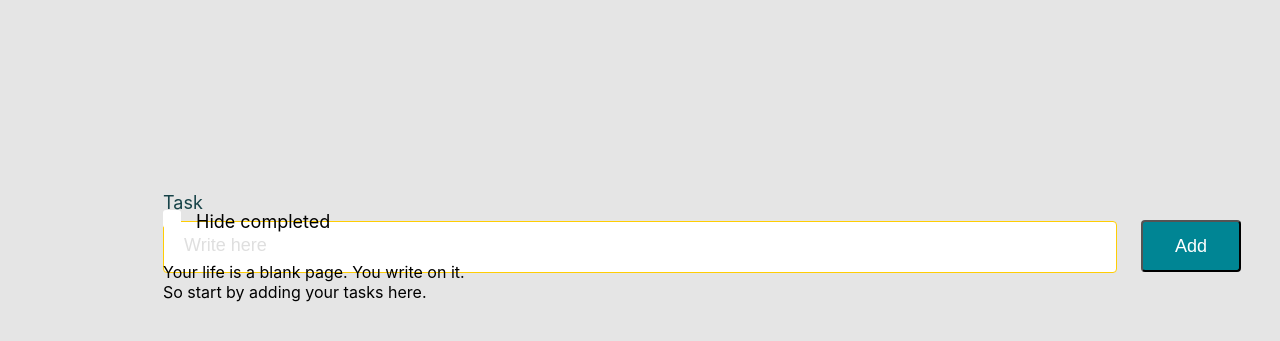
Repository: ArusyakAghajanyan/ToDoMamble
Page: /
An editor plug-in stored every save of this project. The page is shown before and after the next save, followed by the edit.
The browser window is 1280 px wide. The pictures show the whole page.
The project was rebuilt for these pictures with package versions that can differ from the ones it lists, and the page was loaded fresh each time. Also part of the build but not shown: src/components/toDoItem.css, src/components/ToDoItem.jsx, src/components/confirm.css, src/components/Confirm.jsx.

Above is the page before, as saved 2022-05-25 13:06:39.

### public/index.html
<!DOCTYPE html>
<html lang="en">
  <head>
    <meta charset="utf-8" />
    <link rel="icon" href="%PUBLIC_URL%/favicon.ico" />
    <link rel="icon" href="https://cdnjs.cloudflare.com/ajax/libs/font-awesome/6.1.1/css/all.min.css" />
    <meta name="viewport" content="width=device-width, initial-scale=1" />
    <meta name="theme-color" content="#000000" />
    <meta
      name="description"
      content="Web site created using create-react-app"
    />
    <link rel="apple-touch-icon" href="%PUBLIC_URL%/logo192.png" />
    <!--
      manifest.json provides metadata used when your web app is installed on a
      user's mobile device or desktop. See https://developers.google.com/web/fundamentals/web-app-manifest/
    -->
    <link rel="manifest" href="%PUBLIC_URL%/manifest.json" />
    <!--
      Notice the use of %PUBLIC_URL% in the tags above.
      It will be replaced with the URL of the `public` folder during the build.
      Only files inside the `public` folder can be referenced from the HTML.

      Unlike "/favicon.ico" or "favicon.ico", "%PUBLIC_URL%/favicon.ico" will
      work correctly both with client-side routing and a non-root public URL.
      Learn how to configure a non-root public URL by running `npm run build`.
    -->
    <title>React App</title>
  </head>
  <body>
    <noscript>You need to enable JavaScript to run this app.</noscript>
    <div id="root"></div>
    <!--
      This HTML file is a template.
      If you open it directly in the browser, you will see an empty page.

      You can add webfonts, meta tags, or analytics to this file.
      The build step will place the bundled scripts into the <body> tag.

      To begin the development, run `npm start` or `yarn start`.
      To create a production bundle, use `npm run build` or `yarn build`.
    -->
  </body>
</html>

### src/index.css
body {

    /* min-width: 230px; */
    max-width: 1440px;


  margin: 0;
  font-family: -apple-system, BlinkMacSystemFont, 'Segoe UI', 'Roboto', 'Oxygen',
    'Ubuntu', 'Cantarell', 'Fira Sans', 'Droid Sans', 'Helvetica Neue',
    sans-serif;
  -webkit-font-smoothing: antialiased;
  -moz-osx-font-smoothing: grayscale;
}

code {
  font-family: source-code-pro, Menlo, Monaco, Consolas, 'Courier New',
    monospace;
}

### src/App.js

import './App.css';
import AddItem from './components/AddItem';
import ToDoList from './components/ToDoList';
import Confirm from './components/Confirm';
import {useState,useEffect} from 'react'


function App() {
  const [todo, setTodo]=useState([]);
  const [filteredTodo,setFilteredTodo]=useState([]);
  const [modal, setModal] = useState(false);
const [confirmStatus, setConfirmStatus] = useState(false);
  const [deleteItem, setDeletItem] = useState({});

  function modalStatus(status, item){
    console.log(status, item);
    setModal(status);
    setDeletItem(item);

  }
  function confirmDelete(status){
    console.log("deletestatus=", status);
    if(status === "no") {
      setConfirmStatus(false);
      setModal(false);
    }else if (status === "yes"){
      setConfirmStatus(true);
      setModal(false)
    }
  }
  function filter(check){
    if(check){
      setFilteredTodo(todo.filter(td => td.isCompleted))
    }else{
      setFilteredTodo([]);
    }
  }

  useEffect(()=>{
    console.log("confirmStatus=", confirmStatus);
    if(confirmStatus){
      setTodo(todo.filter(value => value.id !== deleteItem.id));
      setDeletItem({});
    }
    setConfirmStatus(false);
      console.log(modal);

  },[confirmStatus])

useEffect(() => {
  let todos;
  let storageData = localStorage.getItem("todos");
  if(storageData !== "undefined"){
    todos = JSON.parse(storageData);
  }
  if(todos) setTodo(todos);
}, [])

useEffect(() => {
 if(todo.length > 0) localStorage.setItem("todos",JSON.stringify(todo))
 if(todo.length == 0) localStorage.clear();
}, [todo])

  return (
    <div className="App">
    <div className="checkContainer">
  <div className="filterDiv">
    <input id="filter" type="checkbox" onChange={(e)=>{
      filter(e.target.checked)
      }} />

      <label htmlFor="filter" className="chkbox">
      Hide completed
      </label>
      </div>
      <div className="addContainer">
        <AddItem onAdd={(text)=>{
        setTodo([{
          id:Math.random(),
          text:text,
          isCompleted:false
        },...todo])
      }}/>


      <ToDoList
      todo={filteredTodo.length > 0 ? todo.filter(td => !td.isCompleted):todo}
      modalStatus={modalStatus}
      onChange={(newItem)=>{
      setTodo(todo.map(td=>{
        if(td.id==newItem.id){
          return newItem
        }
        return td
      }))
      }}
      />
       { modal && <Confirm confirmDelete={confirmDelete} modalStatus={modalStatus}/>}
    </div>
    </div>
    </div>
  );
}

export default App;

### src/App.css
*{
  margin: 0;
  padding: 0;
  box-sizing: border-box;
}


.App {
  display: flex;
  align-items: center;
  justify-content: center;
  position: relative;
  margin: 256px 0 40px 0;

}

.chkbox{
  padding-left: 15px;
  font-size: 18px;


}

.checkContainer{
  position: absolute;
display: flex;
flex-direction: column;


}
/* .checkmark{
  background-color: #E5E5E5;
} */

.filterDiv{

  position: absolute;
justify-content: flex-end;
float: right;

}
input[type="checkbox"]{
  appearance: none;
  -webkit-appearance: none;
  height: 18px;
  width: 18px;
  background-color: #FFFFFF;
  border-radius: 3px;
  cursor: pointer;


  outline: none;

}
input[type="checkbox"]::after{
  font-family: "Font Awesome 6.1.1 Free";
 font-weight: 900;
  content: "\f00c";
  font-size: 18px;
  color: white;
  display: none;
}
input[type="checkbox"]:checked{
background-color: #008594;
}
input[type="checkbox"]:checked:after{
  display: block;
  }

### src/components/AddItem.jsx
import {React, useState, useEffect, useRef} from 'react'
import './addItem.css'

export default function AddItem({onAdd}) {
    const [text, setText] = useState("");
    const[errorMes,setErrorMes] = useState("");
    const inputText = useRef(0);
    let validText = "";
    useEffect(() => {
        inputText.current.addEventListener("keyup",(e)=>{
            let id=setTimeout(()=>{
            validText = e.target.value;
            if(validText.length >= 54 ){
             setErrorMes("Task content can contain max 54 characters.")
            } else {
                setErrorMes("");
                setText(validText);
            }
            },1000);
            return () => clearTimeout(id)
        })
    }, [text])

    return (

      <form
      className="formTask"
      onSubmit={(e)=>{
          e.preventDefault();
          if(errorMes==="" && text !=="") onAdd(text);
          if(errorMes==="") setText("");
      }}>
      <div id="formDiv">
       <div className="inputDiv">
            <label className="taskLabel" htmlFor="inputText"> Task
            </label>
            <input
            id="inputText"
            type="text"
            style={errorMes ? {borderColor: 'red'} : {borderColor:'#FFCD04'}}
            ref= {inputText}
             value={text}
             placeholder="Write here"
            onChange={(e)=>{
            setText(e.target.value)
            }}/>
            <p>{errorMes}</p>
            </div>
        <div className="formBut">
            <button className="addbut">Add</button>
                   </div>
            </div>
         </form>

    )
}

### src/components/ToDoList.jsx
import React from 'react';
import ToDoItem from './ToDoItem'
import './toDoList.css'
export default function ToDoList({todo,modalStatus,onChange}) {
    return (
        <div>
           {todo && todo.length > 0 ? todo.map(item=>{
               return (
<ToDoItem
key={item.id}
item = {item}
modalStatus={modalStatus}
onChange={onChange}
/>
               )
           })
           :
            <div className='listText'>
            <p className="firstP">Your life is a blank page. You write on it.</p>
            <p className="secondP">So start by adding your tasks here.</p>
            </div>
        }
        </div>
    )
}

### src/components/addItem.css

.addbut {
  background-color: #008594;
  color: #ffffff;
  font-size: 18px;
  width: 100px;
  height: 52px;
  margin-top: 20px;

  border-radius: 4px;
  text-align:center
}
#formDiv {
  display: flex;

  align-items: center;
  height: 52px;
  /* margin-left: 80px; */

}
#inputText {
  /* position: center; */
  width: 954px;
  padding: 12px 20px;
  margin: 8px 0;
  border: 1px solid #ffcd04;
  outline: none;
  height: 52px;
  margin-right: 24px;
  border-radius: 4px;
}
.taskLabel {
  color: #174348;
  font-size: 18px;
}
#inputText:hover {
  border: 1px solid rgb(90, 10, 90);
}
input::placeholder {
  color: #dfdfdf;
  font-size: 18px;
}
/* .taskLabel {
  float: left;
} */
.formTask {
  width: 954px;
}

### src/components/toDoList.css

 body{
     background-color:  #E5E5E5;
 }
/*
 .listText{
     display: flex; */

/* justify-content: center;
align-items: center; */
/* flex-direction: column;

 } */
/* .firstP{
 color: #ACACAC;
font-size: 24px;
letter-spacing: 0.2px;
}
.secondP{
    color: #666666;
font-size: 36px;
letter-spacing: 0.002em;

} */

Loaded but not shown: src/index.js (common file); src/reportWebVitals.js (common file)

After the next save:
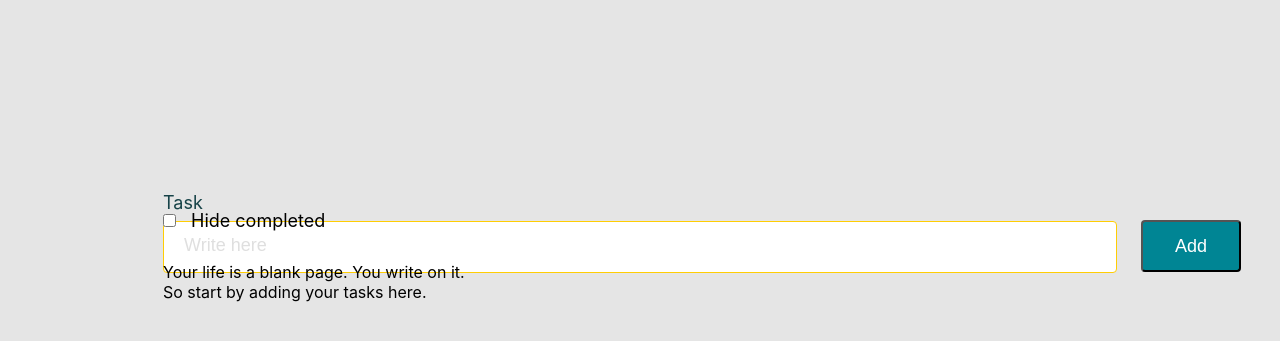
Saved 11 s later.
--- a/src/App.css
+++ b/src/App.css
@@ -39,7 +39,7 @@ justify-content: flex-end;
 float: right;
 
 }
-input[type="checkbox"]{
+/* input[type="checkbox"]{
   appearance: none;
   -webkit-appearance: none;
   height: 18px;
@@ -65,4 +65,4 @@ background-color: #008594;
 }
 input[type="checkbox"]:checked:after{
   display: block;
-  }
+  } */
